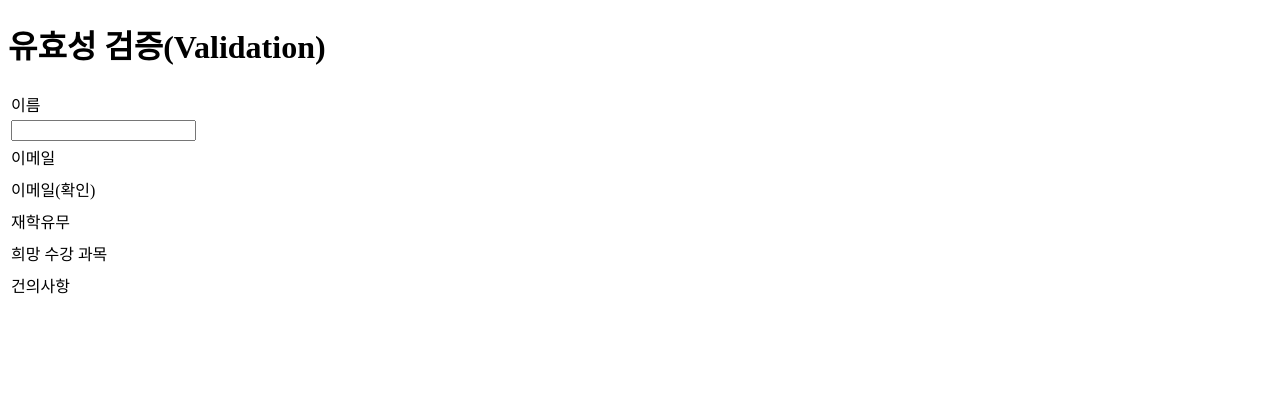
Repository: brotherdoor/myworkplace
Page: http://localhost/AjaxWithXML/validation.jsp
These files come from the project's save history. The page is drawn as it stood at one moment and after the next save; the edit follows.
The browser window is 1280 px wide. The pictures show the whole page.
Some web libraries are served in a nearby version. The page is served by Tomcat 9. Other server files are loaded and not shown.

Above is the page before, as saved 2017-03-10 02:36:39.

### mybatis/AjaxWithXML/WebContent/validation.jsp
<%@ page language="java" contentType="text/html; charset=EUC-KR"
    pageEncoding="EUC-KR"%>
<!DOCTYPE html PUBLIC "-//W3C//DTD HTML 4.01 Transitional//EN" "http://www.w3.org/TR/html4/loose.dtd">
<html>
<head>
<meta http-equiv="Content-Type" content="text/html; charset=EUC-KR">
<title>Insert title here</title>
<script type="text/javascript"
	src="https://ajax.googleapis.com/ajax/libs/jquery/3.1.1/jquery.min.js"></script>
</head>
<body>
	<h1>유효성 검증(Validation)</h1>
	<form action="#">
		<table>
			<tr><td>이름</td></tr>
			<tr><td><input type="text" id="name"></td></tr>
			<tr><td>이메일</td></tr>
			<tr><td></td></tr>
			<tr><td>이메일(확인)</td></tr>
			<tr><td></td></tr>
			<tr><td>재학유무</td></tr>
			<tr><td></td></tr>
			<tr><td>희망 수강 과목</td></tr>
			<tr><td></td></tr>
			<tr><td>건의사항</td></tr>
			<tr><td></td></tr>
		</table>
	</form>

</body>
</html>

After the next save:
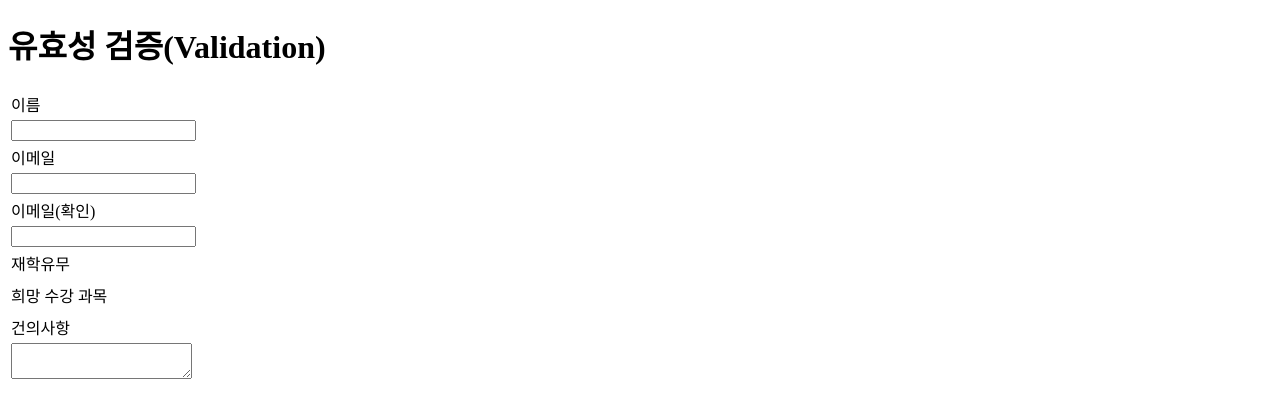
Saved 71 s later.
--- a/mybatis/AjaxWithXML/WebContent/validation.jsp
+++ b/mybatis/AjaxWithXML/WebContent/validation.jsp
@@ -15,15 +15,15 @@
 			<tr><td>이름</td></tr>
 			<tr><td><input type="text" id="name"></td></tr>
 			<tr><td>이메일</td></tr>
-			<tr><td></td></tr>
+			<tr><td><input type="text" id="name"></td></tr>
 			<tr><td>이메일(확인)</td></tr>
-			<tr><td></td></tr>
+			<tr><td><input type="text" id="name"></td></tr>
 			<tr><td>재학유무</td></tr>
 			<tr><td></td></tr>
 			<tr><td>희망 수강 과목</td></tr>
 			<tr><td></td></tr>
 			<tr><td>건의사항</td></tr>
-			<tr><td></td></tr>
+			<tr><td><textarea id="wish"></textarea></td></tr>
 		</table>
 	</form>
 
